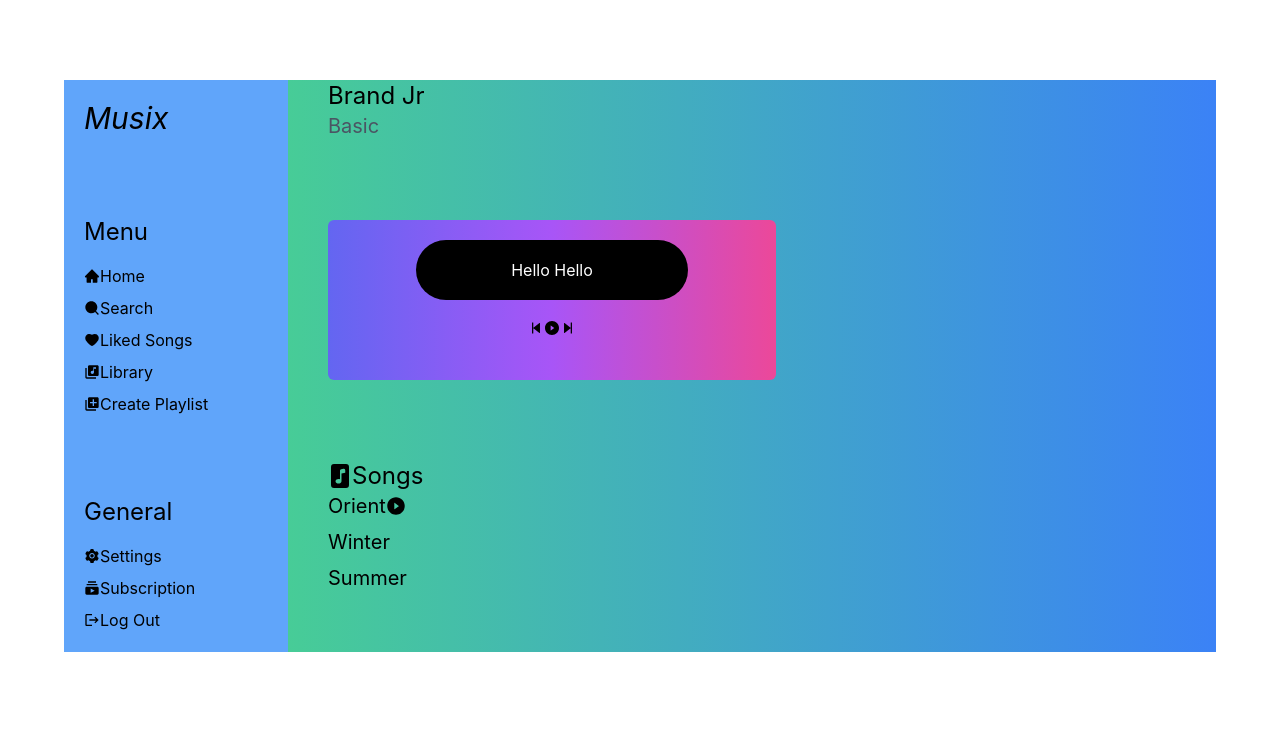
Repository: brandford7/music-player
Page: /
An editor plug-in stored every save of this project. The page is shown before and after the next save, followed by the edit.
The browser window is 1280 px wide. The pictures show the whole page.
The project was rebuilt for these pictures with package versions that can differ from the ones it lists, and the page was loaded fresh each time. The framework's server and built-in components were replaced by stand-ins that run in the browser. Also part of the build but not shown: next.config.js.

Above is the page before, as saved 2022-11-18 12:58:55.

After the next save:
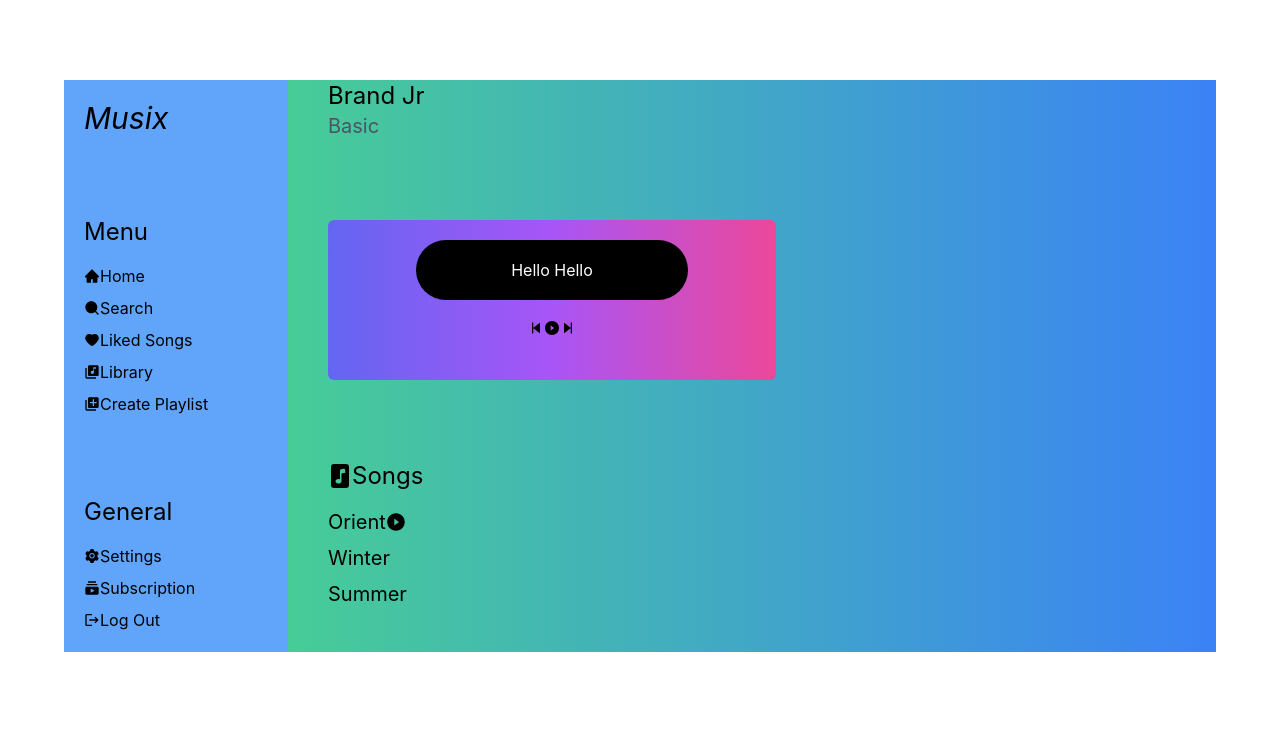
Saved 27 s later.
--- a/components/SongList.jsx
+++ b/components/SongList.jsx
@@ -6,7 +6,7 @@ import MusicButton from "./MusicButton";
 const SongList = () => {
   return (
     <div>
-      <h1 className="flex items-center space-x-5 text-2xl">
+      <h1 className="flex items-center space-x-5 text-2xl mb-4">
         <BsFillFileMusicFill />
         Songs
       </h1>
